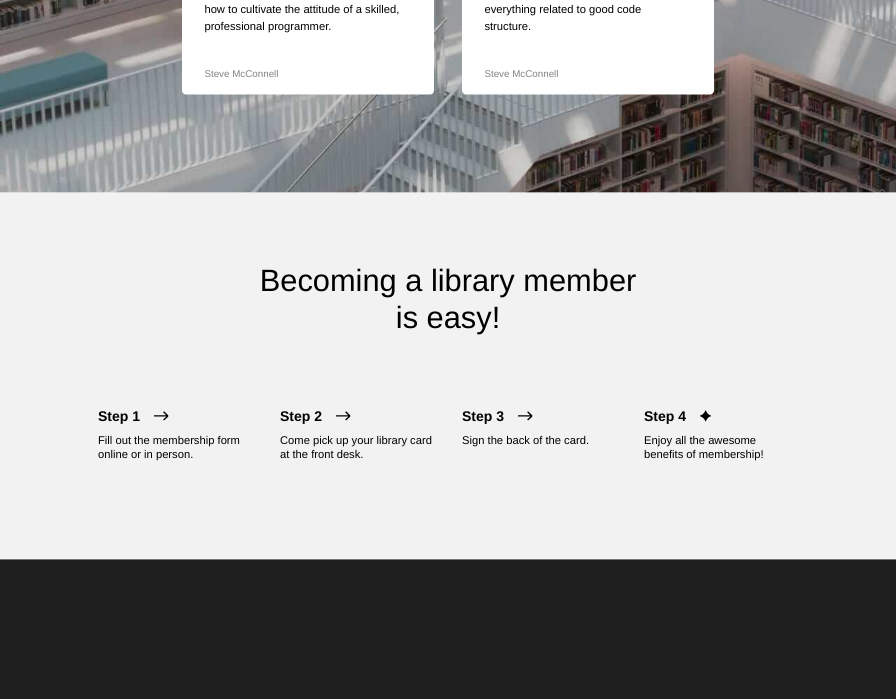
Repository: MWilliams-26/se_project_library
Page: index.html
These files come from the project's save history. The page is drawn as it stood at one moment and after the next save; the edit follows.
The browser window is 1280 px wide. The pictures show the part of the page from y = 2563 to 4483 px (the page is 3562 px tall before and 4483 px after), at 70% of full size.

Above is the page before, as saved 2023-04-03 23:57:31.

After the next save:
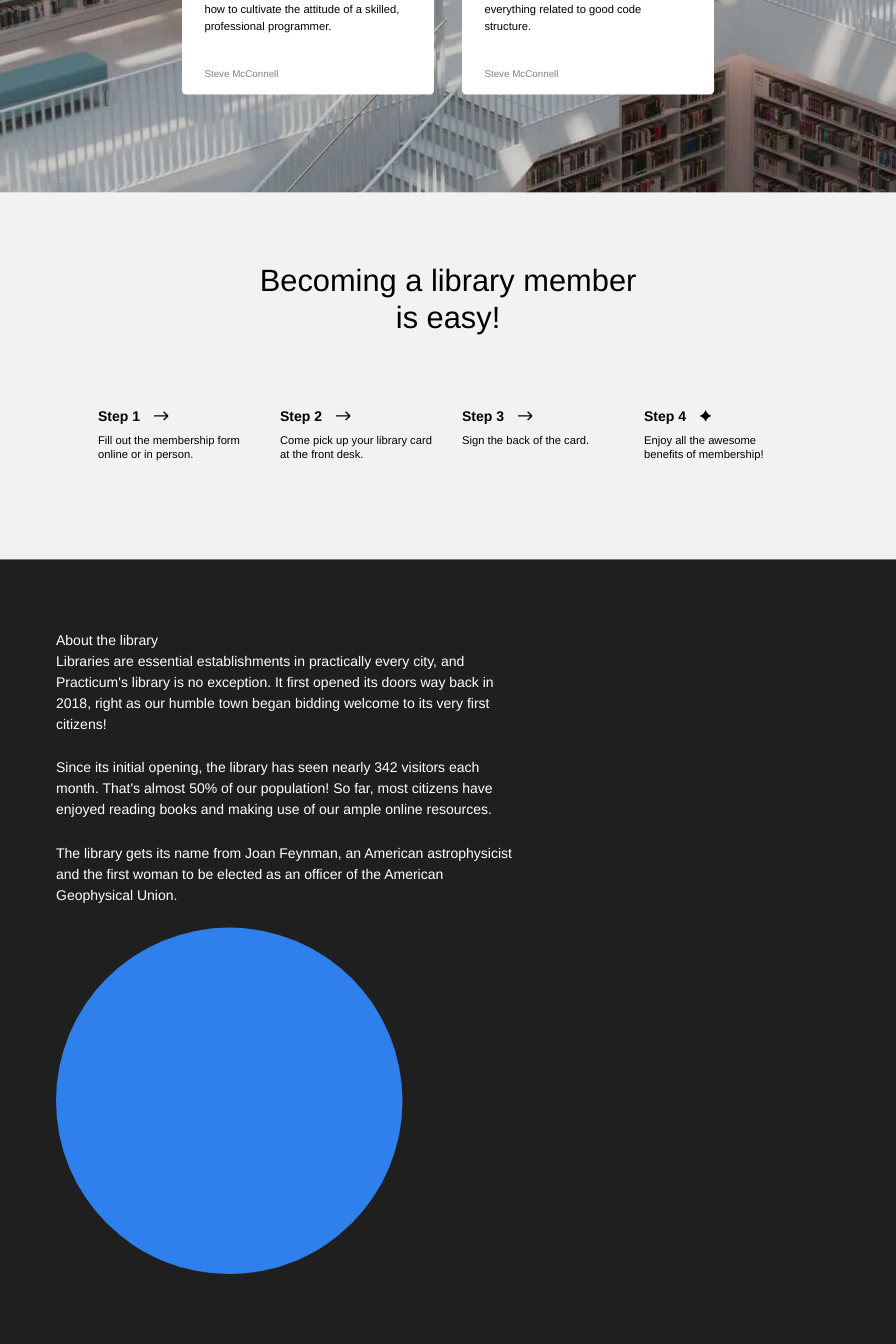
Saved 2 min 20 s later.
--- a/index.html
+++ b/index.html
@@ -289,27 +289,27 @@
           <!-- --------------------------------------------------------------- -->
           <!--          Don't uncomment until the final project stage          -->
           <!-- --------------------------------------------------------------- -->
-          <!--<h2 class="about__title">About the library</h2>
-        <div class="about__content">
-          <p class="about__paragraph">
-            Libraries are essential establishments in practically every city,
-            and Practicum's library is no exception. It first opened its doors
-            way back in 2018, right as our humble town began bidding welcome to
-            its very first citizens!
-          </p>
-          <p class="about__paragraph">
-            Since its initial opening, the library has seen nearly 342 visitors
-            each month. That's almost 50% of our population! So far, most
-            citizens have enjoyed reading books and making use of our ample
-            online resources.
-          </p>
-          <p class="about__paragraph">
-            The library gets its name from Joan Feynman, an American
-            astrophysicist and the first woman to be elected as an officer of
-            the American Geophysical Union.
-          </p>
-        </div>
-        <div class="about__circle"></div> -->
+          <h2 class="about__title">About the library</h2>
+          <div class="about__content">
+            <p class="about__paragraph">
+              Libraries are essential establishments in practically every city,
+              and Practicum's library is no exception. It first opened its doors
+              way back in 2018, right as our humble town began bidding welcome
+              to its very first citizens!
+            </p>
+            <p class="about__paragraph">
+              Since its initial opening, the library has seen nearly 342
+              visitors each month. That's almost 50% of our population! So far,
+              most citizens have enjoyed reading books and making use of our
+              ample online resources.
+            </p>
+            <p class="about__paragraph">
+              The library gets its name from Joan Feynman, an American
+              astrophysicist and the first woman to be elected as an officer of
+              the American Geophysical Union.
+            </p>
+          </div>
+          <div class="about__circle"></div>
         </section>
       </main>
       <footer class="footer">
